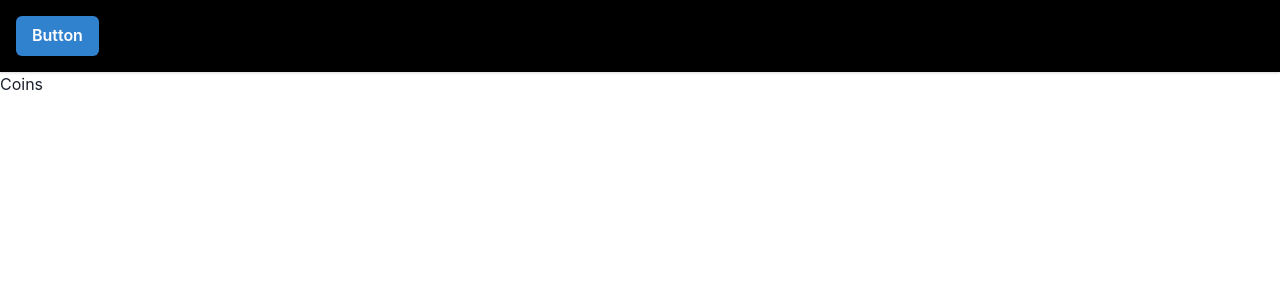
Repository: Attar786/cryptoapp
Page: /coins
An editor plug-in stored every save of this project. The page is shown before and after the next save, followed by the edit.
The browser window is 1280 px wide. The pictures show the whole page.
The project was rebuilt for these pictures with package versions that can differ from the ones it lists, and the page was loaded fresh each time. Also part of the build but not shown: vite.config.js, src/components/Home.jsx, src/components/Exhanges.jsx, src/components/CoinDetails.jsx, src/index.css.

Above is the page before, as saved 2024-03-16 16:50:59.

### src/main.jsx
import React from 'react'
import ReactDOM from 'react-dom/client'
import App from './App.jsx'
import './index.css'
import { ChakraProvider, theme } from "@chakra-ui/react"
// import { chakra } from "@chakra-ui/react"
ReactDOM.createRoot(document.getElementById('root')).render(
  <React.StrictMode>
    <ChakraProvider   theme={theme}>
    <App />
    </ChakraProvider>
  </React.StrictMode>,
)

### src/App.jsx
import { BrowserRouter as Router,Routes,Route } from "react-router-dom"
import Home from "./components/Home"
import Coins from "./components/Coins"
import Exhanges from "./components/Exhanges"
import CoinDetails from "./components/CoinDetails"
import Headers from "./components/Header"
function App() {


  return (
    <>
      <Router>
<Headers/>
<Routes>
  <Route path="/" element= {<Home/>}/>
  <Route path="/coins" element= {<Coins/>}/>
  <Route path="/coin/:id" element= {<CoinDetails/>}/>
  <Route path="/exchanges" element= {<Exhanges/>}/>
</Routes>

      </Router>

    </>
  )
}

export default App

### src/components/Coins.jsx

const Coins = () => {
  return (
    <div>Coins</div>
  )
}

export default Coins

### src/components/Header.jsx
import { HStack , Button} from "@chakra-ui/react"


const Header = () => {
    return (
<HStack p={"4"} bgColor={"black"} shadow={"base"}  >
<Button colorScheme='blue'>Button</Button>


</HStack>
    )
}

export default Header

Loaded but not shown: index.html (common file)

After the next save:
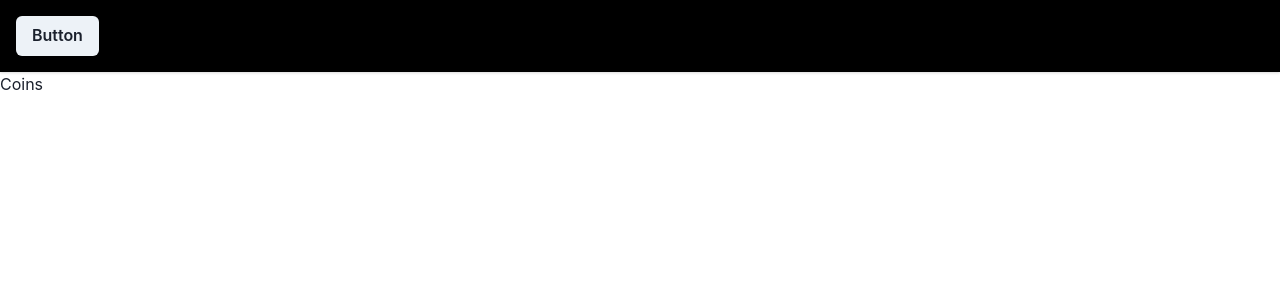
Saved 10 s later.
--- a/src/components/Header.jsx
+++ b/src/components/Header.jsx
@@ -4,7 +4,7 @@ import { HStack , Button} from "@chakra-ui/react"
 const Header = () => {
     return (
 <HStack p={"4"} bgColor={"black"} shadow={"base"}  >
-<Button colorScheme='blue'>Button</Button>
+<Button >Button</Button>
 
 
 </HStack>
